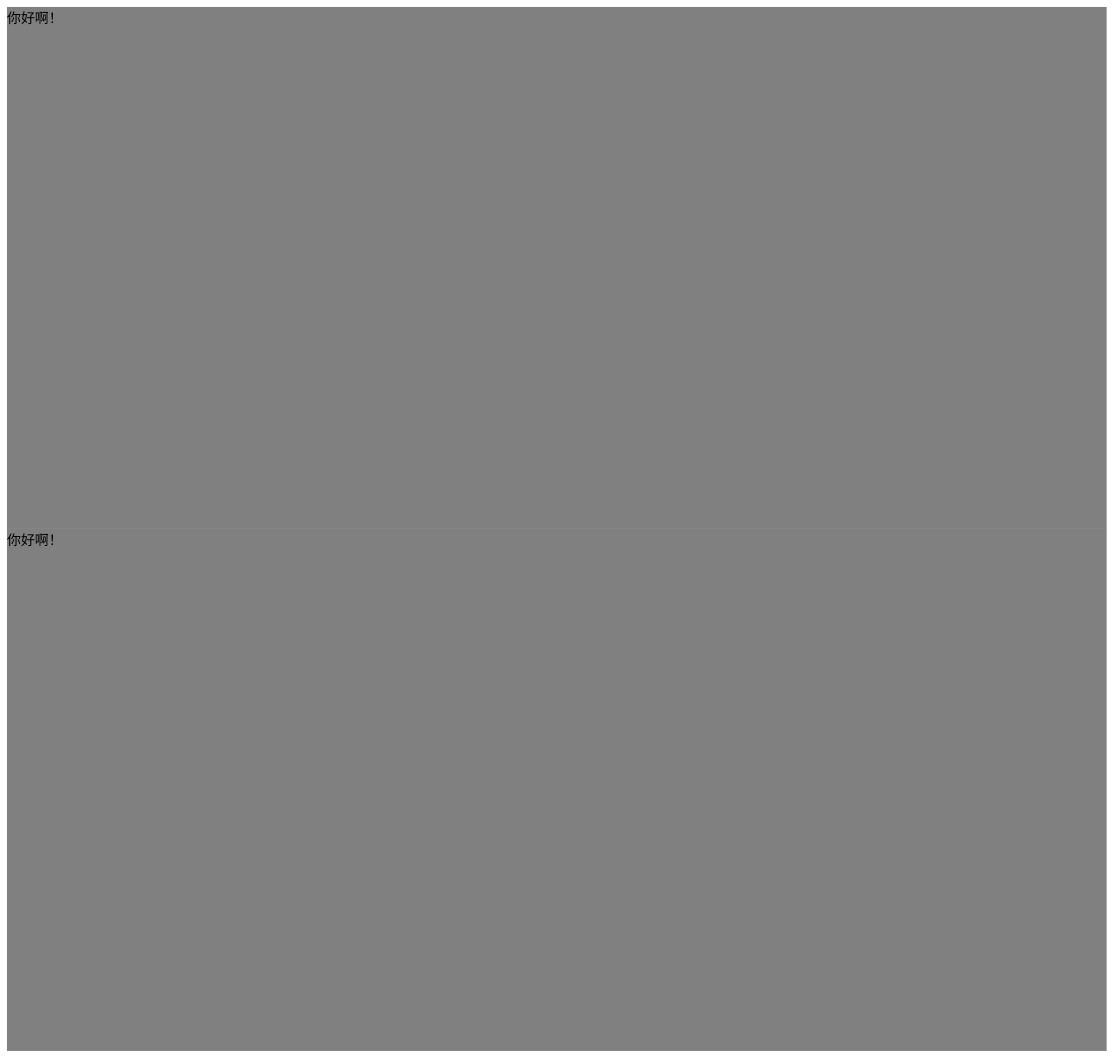
Repository: 123648923/html5-css3
Page: css/15 盒子模型/14 样式的继承.html
These files come from the project's save history. The page is drawn as it stood at one moment and after the next save; the edit follows.
The browser window is 1280 px wide. The pictures show the whole page, at 87% of full size.

Above is the page before, as saved 2023-11-07 13:54:18.

### css/15 盒子模型/14 样式的继承.html
<!DOCTYPE html>
<html lang="zh-CN">

<head>
    <meta charset="UTF-8">
    <title>样式的继承</title>
    <style>
        #d1 {
            height: 600px;
            background-color: gray;
        }

        #d2 {
            height: 600px;
            background-color: gray;
        }
    </style>
</head>

<body>
    <div id="d1">你好啊！</div>
    <div id="d2">你好啊！</div>
</body>

</html>

After the next save:
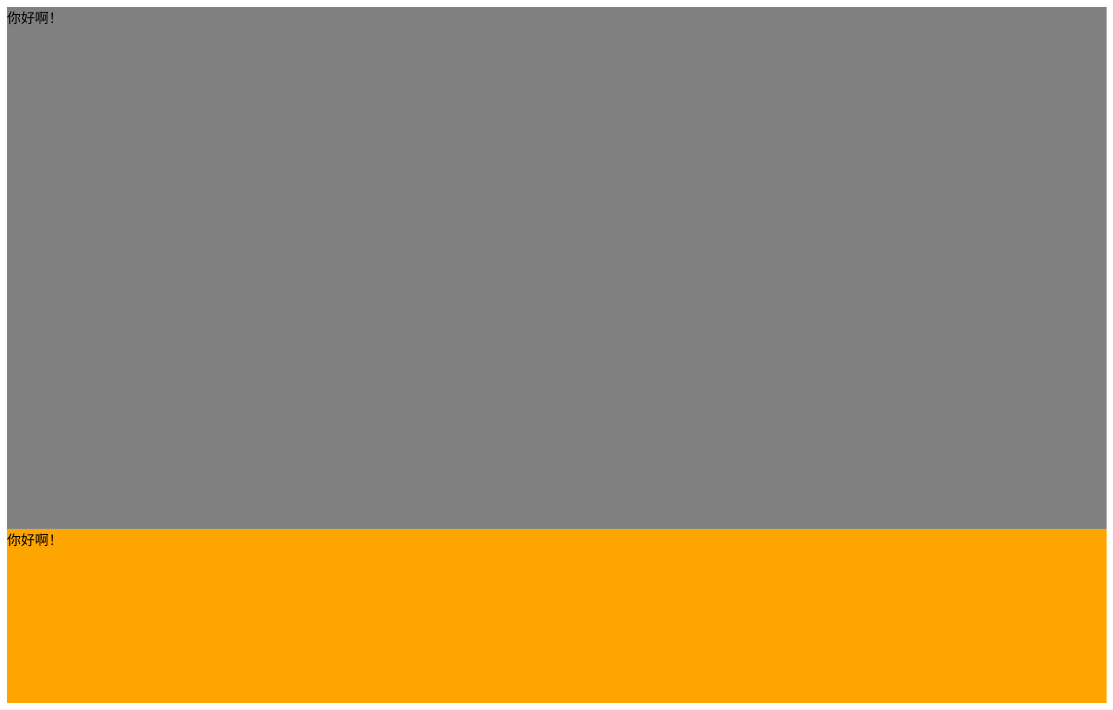
Saved 7 s later.
--- a/css/15 盒子模型/14 样式的继承.html
+++ b/css/15 盒子模型/14 样式的继承.html
@@ -11,8 +11,8 @@
         }
 
         #d2 {
-            height: 600px;
-            background-color: gray;
+            height: 200px;
+            background-color: orange;
         }
     </style>
 </head>
